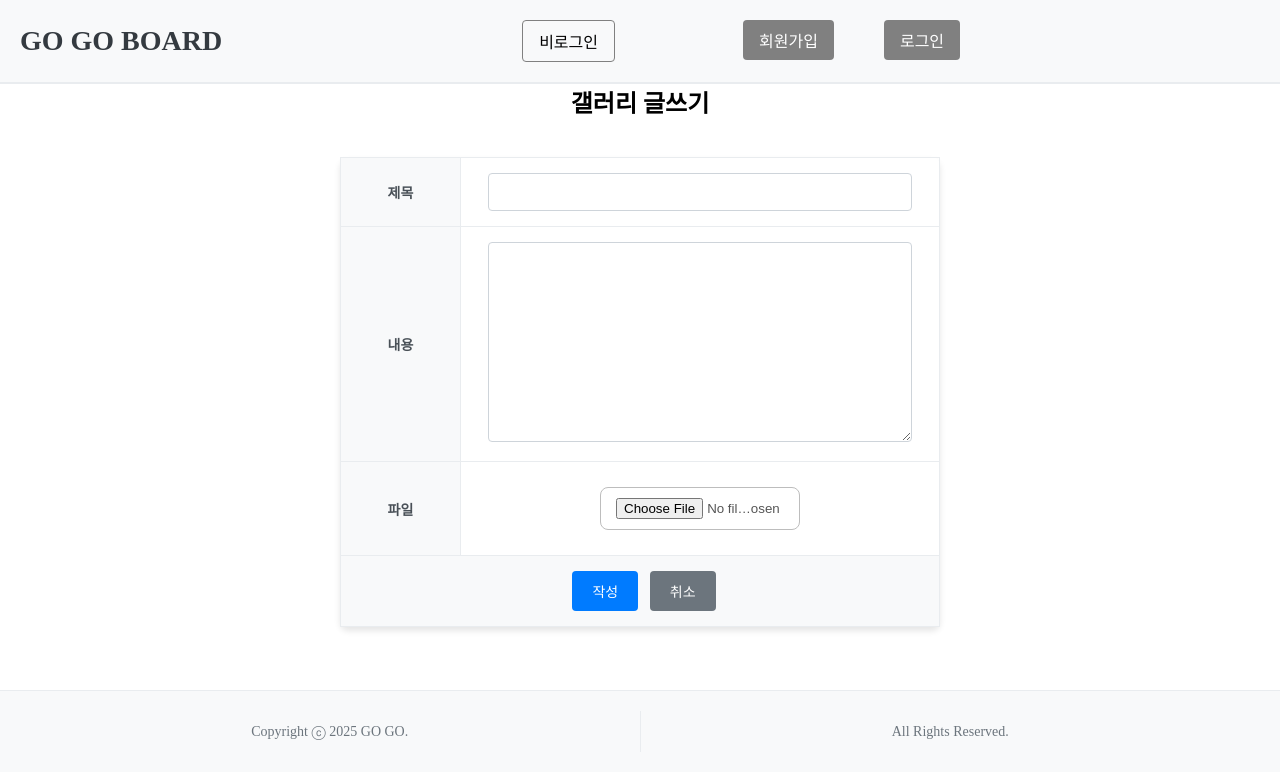
Repository: 1plus1equals3-true/Board-Project
Page: http://localhost/jsp/board/write_gallery.jsp
An editor plug-in stored every save of this project. The page is shown before and after the next save, followed by the edit.
The browser window is 1280 px wide. The pictures show the whole page.
The page is served by Tomcat 9.

Above is the page before, as saved 2025-09-23 06:06:27.

After the next save:
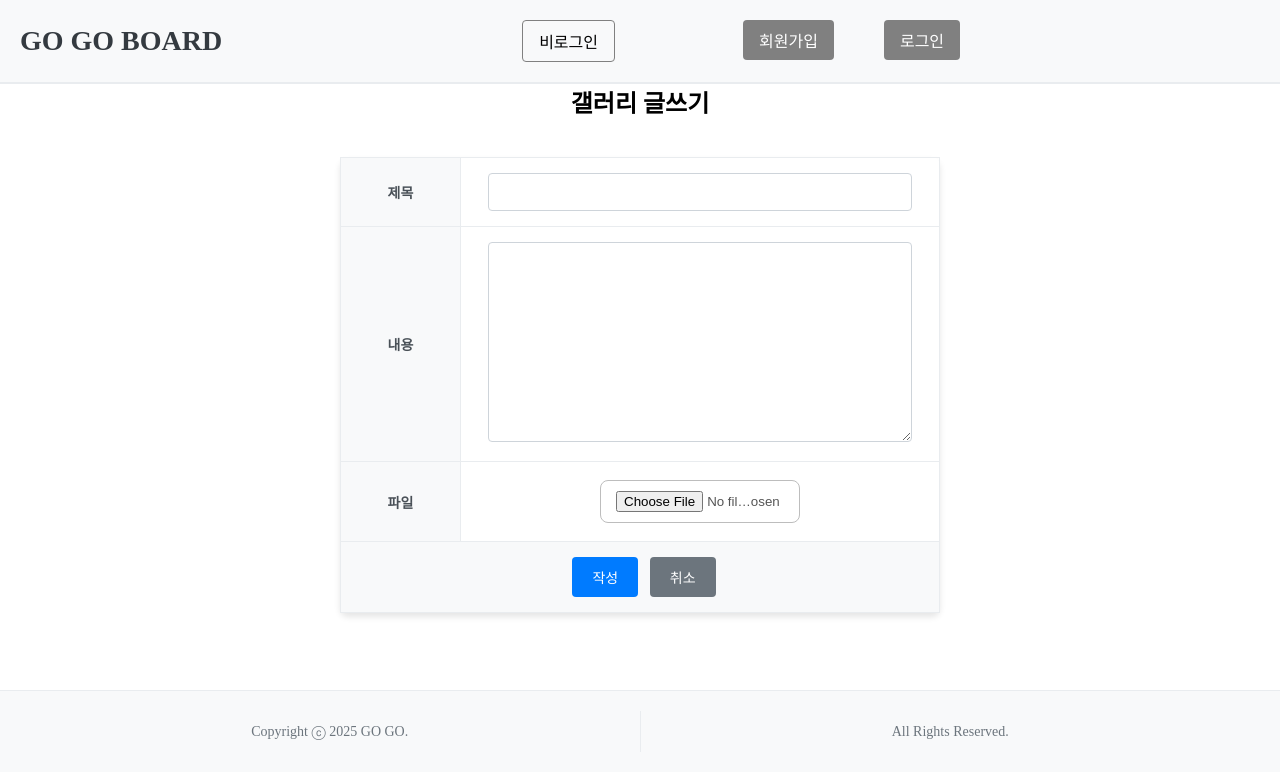
Saved 10 s later.
--- a/jsp/src/main/webapp/board/write_gallery.jsp
+++ b/jsp/src/main/webapp/board/write_gallery.jsp
@@ -99,7 +99,7 @@
   gap: 5px; /* 요소들 사이의 간격 */
 
   /* 나머지 디자인 스타일은 그대로 유지 */
-  padding: 10px;
+  padding: 3px;
   border-radius: 12px;
   background-color: white;
 }

After the save that followed:
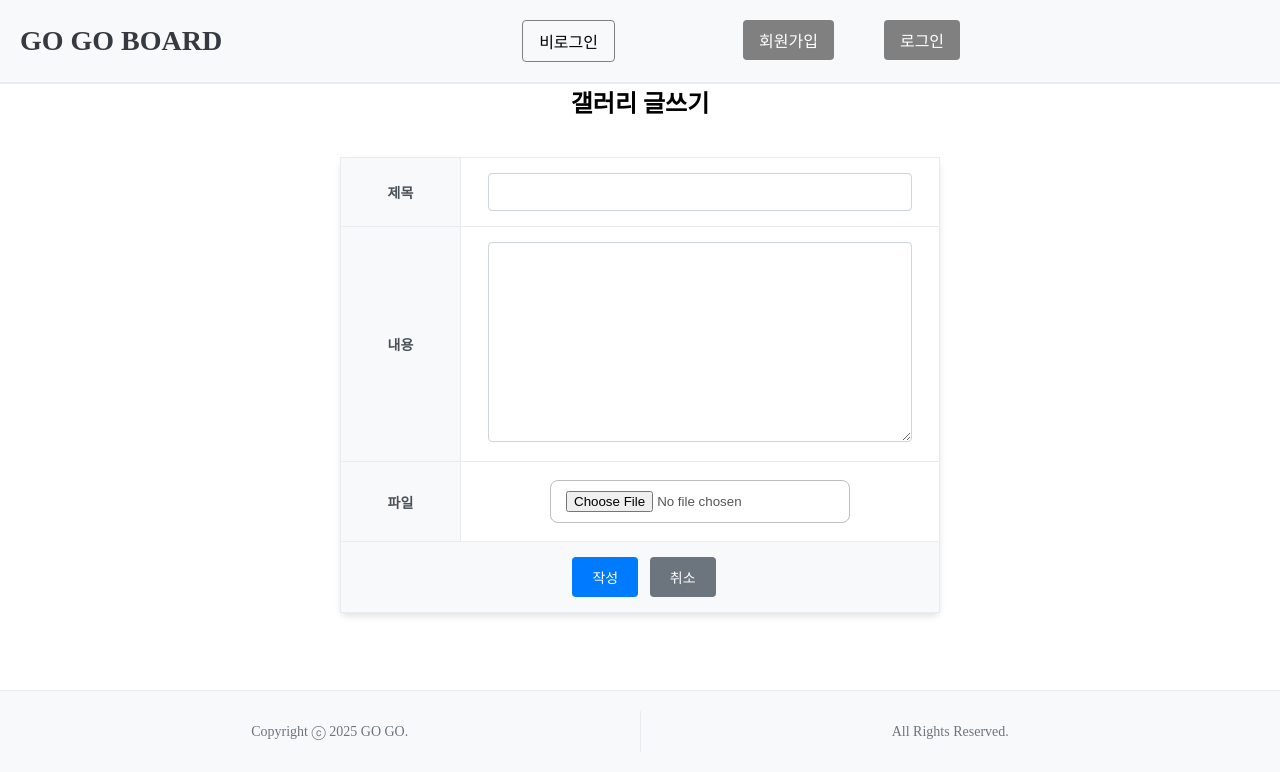
Saved 61 s later.
--- a/jsp/src/main/webapp/board/write_gallery.jsp
+++ b/jsp/src/main/webapp/board/write_gallery.jsp
@@ -108,7 +108,7 @@
 .file-container input[type="file"] {
   /* 너비가 너무 넓어지지 않도록 조정 */
   width: 100%;
-  max-width: 200px; /* 적절한 너비로 조정하세요 */
+  max-width: 300px; /* 적절한 너비로 조정하세요 */
 
   font-family: Arial, sans-serif;
   color: #555;
